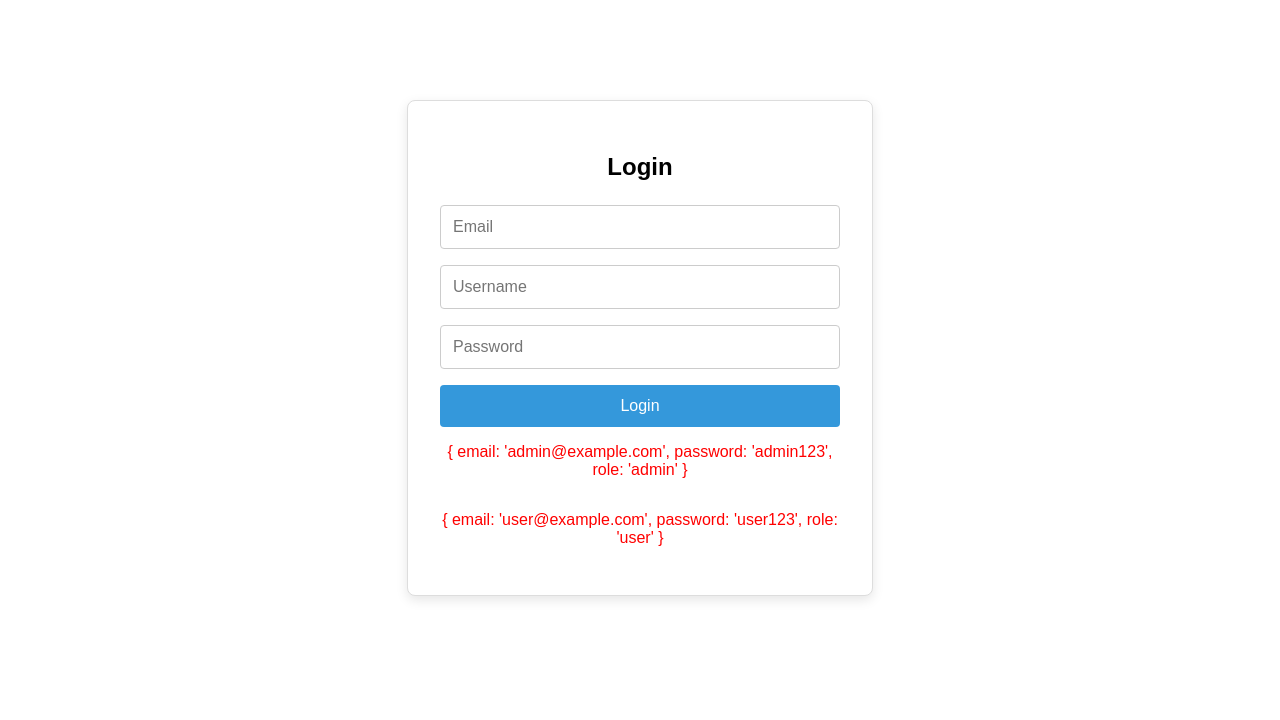
Repository: Edmund-Kiama/todoPHP
Page: / (app in task-manager-frontend/)
An editor plug-in stored every save of this project. The page is shown before and after the next save, followed by the edit.
The browser window is 1280 px wide. The pictures show the whole page.
The project was rebuilt for these pictures with package versions that can differ from the ones it lists, and the page was loaded fresh each time. Also part of the build but not shown: task-manager-frontend/vite.config.js, task-manager-frontend/src/components/Admin/admin.css, task-manager-frontend/src/components/Admin/AdminDashboard.vue, task-manager-frontend/src/components/User/user.css, task-manager-frontend/src/components/User/UserDashboard.vue.

Above is the page before, as saved 2025-07-12 21:05:43.

### task-manager-frontend/src/App.vue
<script setup>
  import Navbar from './components/Navbar/Navbar.vue';
  import { store } from './store';
</script>

<template>
  <Navbar />
  <router-view />
</template>

### task-manager-frontend/src/router/index.js
import { createRouter, createWebHistory } from 'vue-router';
import Login from '../components/Login/Login.vue';
import AdminDashboard from '../components/Admin/AdminDashboard.vue';
import UserDashboard from '../components/User/UserDashboard.vue';

const routes = [
  { path: '/', name: 'Login', component: Login },
  { path: '/admin', name: 'AdminDashboard', component: AdminDashboard },
  { path: '/user', name: 'UserDashboard', component: UserDashboard }
];

const router = createRouter({
  history: createWebHistory(),
  routes
});

export default router;

### task-manager-frontend/src/components/Navbar/Navbar.vue
<script setup>
import { store } from '../../store'
import { useRouter } from 'vue-router'

const router = useRouter()

const user = store.user
if (!user.loggedIn) router.push('/')

function logout() {
  store.user.role = null
  store.user.loggedIn = false
  localStorage.removeItem('token')
  router.push('/login')
}
</script>

<template>
  <nav v-if="store.user.loggedIn">
    <ul>
      <li v-if="user.role === 'admin'"><a href="/admin">Admin Dashboards</a></li>
      <li v-if="user.role === 'user'"><a href="/user">User Dashboard</a></li>
      <li><button @click="logout">Logout</button></li>
    </ul>
  </nav>
</template>

### task-manager-frontend/src/store.js
import { reactive } from 'vue'

export const store = reactive({
  user: {
    role: null,
    loggedIn: false,
    username: null
  },
})

### task-manager-frontend/src/components/Login/Login.vue
<script setup>
    import './login.css'
    import { ref } from 'vue';
    import { useRouter } from 'vue-router';

    const email = ref('');
    const name = ref('');
    const password = ref('');
    const error = ref('');
    const router = useRouter();

    const login = () => {
        const users = [
        { email: 'admin@example.com', password: 'admin123', role: 'admin' },
        { email: 'user@example.com', password: 'user123', role: 'user' },
        ];

        const user = users.find(
            (u) => u.email === email.value && u.password === password.value
        );

        if (!user) error.value = "Invalid credentials"
        if (user?.role === 'admin') router.push('/admin');
        if (user?.role === 'user') router.push('/user');
    };
</script>

<template>
    <div class="login-container">
        <h2>Login</h2>
        <form @submit.prevent="login">
            <input v-model="email" placeholder="Email" required />
            <input v-model="name" placeholder="Username" required />
            <input type="password" v-model="password" placeholder="Password" required />
            <button>Login</button>
            <p v-if="error">{{ error }}</p>
            <p>{ email: 'admin@example.com', password: 'admin123', role: 'admin' }</p>
            <p>{ email: 'user@example.com', password: 'user123', role: 'user' }</p>
        </form>
    </div>
</template>

### task-manager-frontend/src/components/Login/login.css

.login-container {
    max-width: 400px;
    margin: 100px auto;
    padding: 2rem;
    border: 1px solid #ddd;
    border-radius: 8px;
    background-color: #fff;
    box-shadow: 0 4px 12px rgba(0,0,0,0.1);
    font-family: Arial, sans-serif;
  }

  .login-container h2 {
    text-align: center;
    margin-bottom: 1.5rem;
  }

  .login-container form {
    display: flex;
    flex-direction: column;
  }

  .login-container input {
    padding: 0.75rem;
    margin-bottom: 1rem;
    border: 1px solid #ccc;
    border-radius: 4px;
    font-size: 1rem;
  }

  .login-container button {
    padding: 0.75rem;
    background-color: #3498db;
    color: white;
    font-size: 1rem;
    border: none;
    border-radius: 4px;
    cursor: pointer;
  }

  .login-container button:hover {
    background-color: #2980b9;
  }

  .login-container p {
    color: red;
    text-align: center;
    margin-top: 1rem;
  }

Loaded but not shown: task-manager-frontend/index.html (common file); task-manager-frontend/src/main.js (common file)

After the next save:
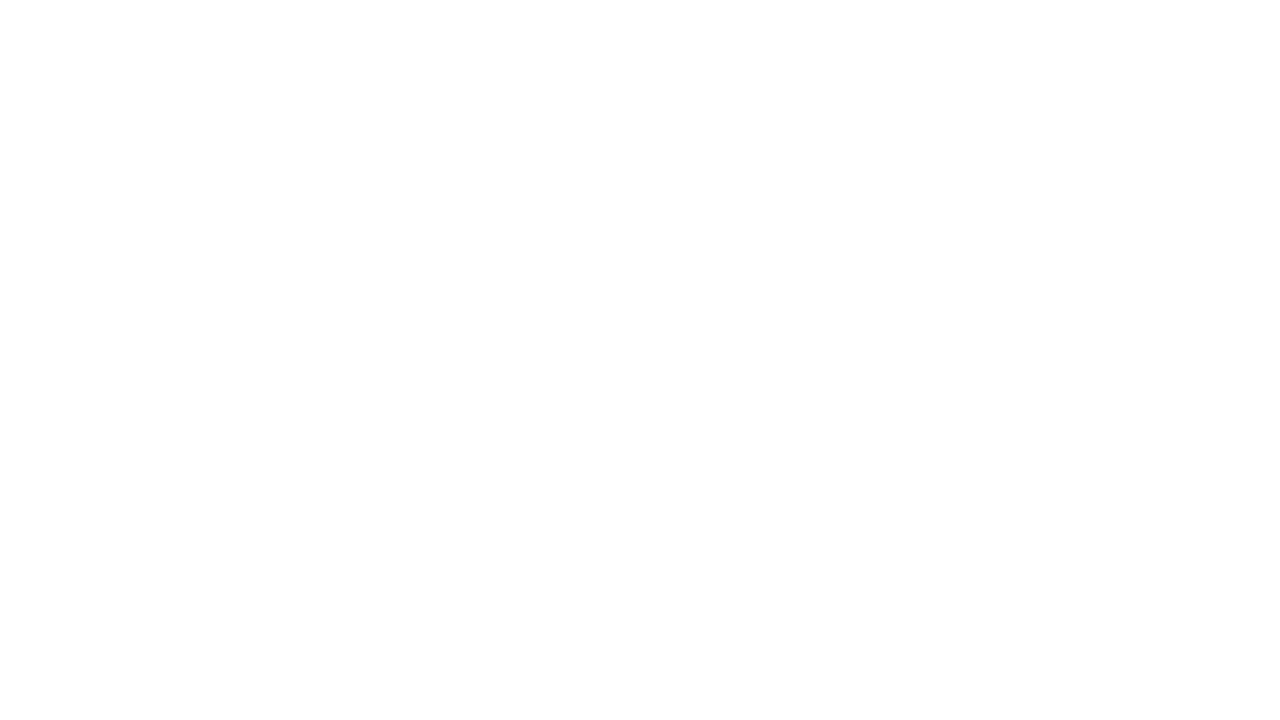
Console error: ReferenceError: admin is not defined
Saved 34 s later.
--- a/task-manager-frontend/src/store.js
+++ b/task-manager-frontend/src/store.js
@@ -2,7 +2,7 @@
 
 export const store = reactive({
   user: {
-    role: null,
+    role: admin,
     loggedIn: false,
     username: null
   },

After the 3 saves that followed:
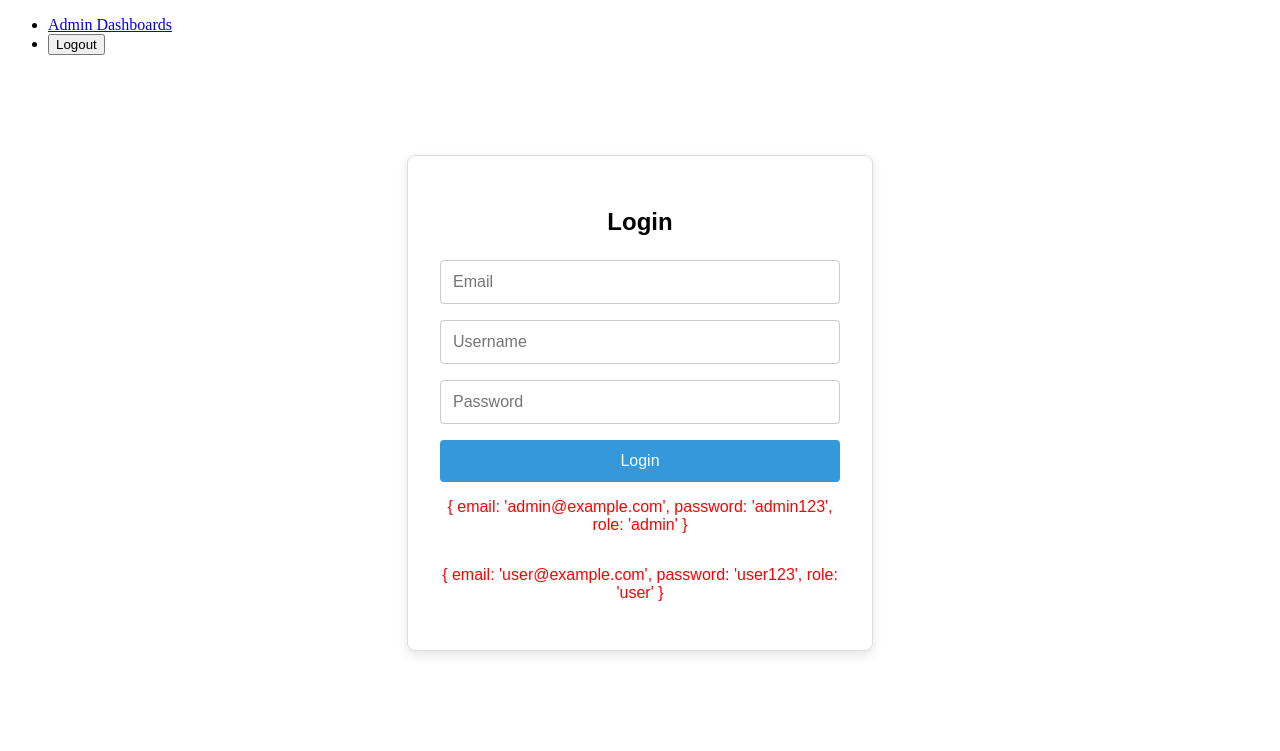
The error is gone.
The 3 saves are shown as one change because 1 left the picture as it was and some came seconds apart.
The last was saved 12 s later.
--- a/task-manager-frontend/src/store.js
+++ b/task-manager-frontend/src/store.js
@@ -2,8 +2,8 @@
 
 export const store = reactive({
   user: {
-    role: admin,
-    loggedIn: false,
+    role: "admin",
+    loggedIn: true,
     username: null
   },
 })
